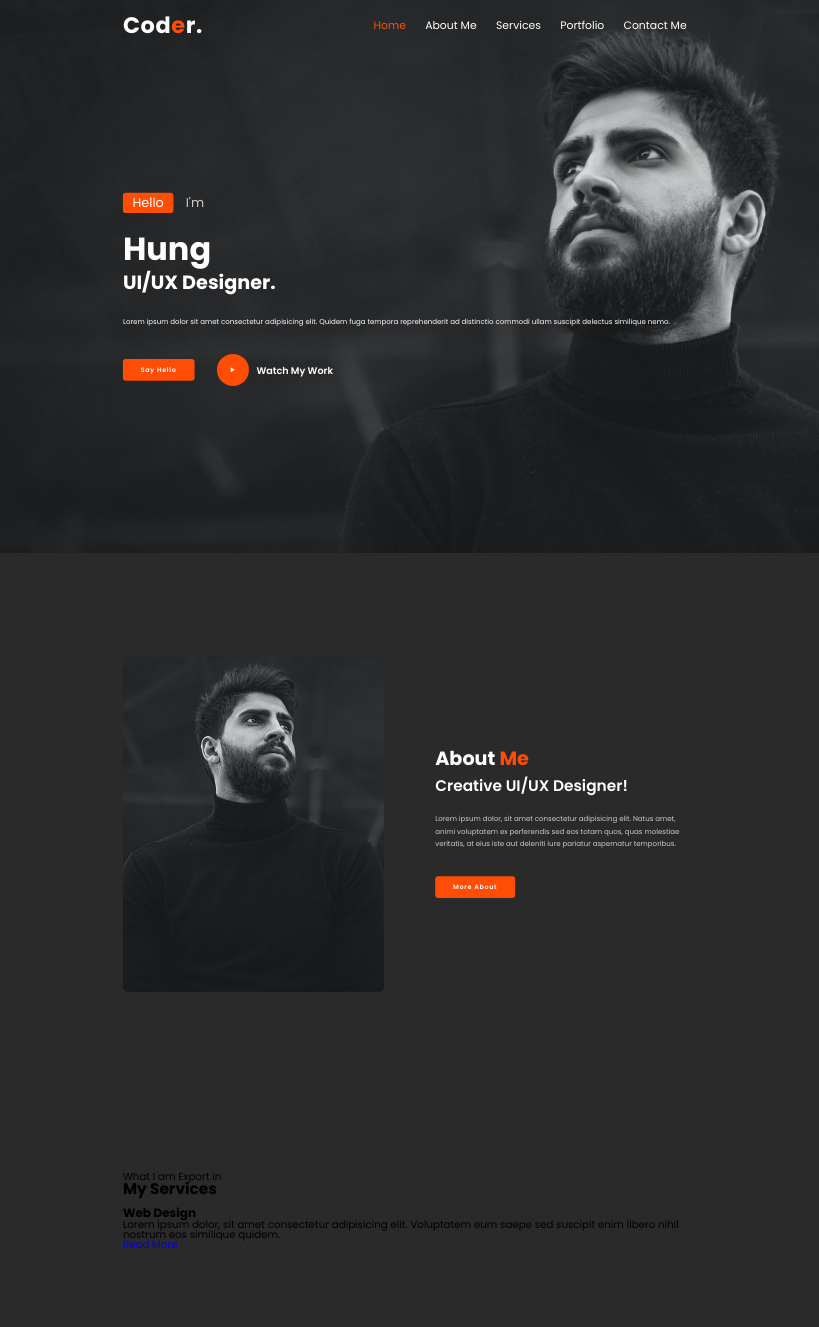
Repository: HungNg99/Protifolio2
Page: Portfolio/index.html
An editor plug-in stored every save of this project. The page is shown before and after the next save, followed by the edit.
The browser window is 1280 px wide. The pictures show the whole page, at 64% of full size.

Above is the page before, as saved 2022-12-11 09:03:59.

### Portfolio/index.html
<!DOCTYPE html>
<html lang="en">

<head>
    <meta charset="UTF-8">
    <meta http-equiv="X-UA-Compatible" content="IE=edge">
    <meta name="viewport" content="width=device-width, initial-scale=1.0">
    <title>Portfolio</title>
    <link rel="stylesheet" href="./reset.css">
    <link rel="stylesheet" href="./style.css">
    <link rel="stylesheet" href="https://cdnjs.cloudflare.com/ajax/libs/font-awesome/6.2.1/css/all.min.css"
        integrity="sha512-MV7K8+y+gLIBoVD59lQIYicR65iaqukzvf/nwasF0nqhPay5w/9lJmVM2hMDcnK1OnMGCdVK+iQrJ7lzPJQd1w=="
        crossorigin="anonymous" referrerpolicy="no-referrer" />

        <link rel="stylesheet"
        href="https://unpkg.com/boxicons@latest/css/boxicons.min.css">

    <link
        href="https://fonts.googleapis.com/css2?family=Montserrat:wght@800&family=Poppins:ital,wght@0,300;0,400;0,600;0,700;1,600&family=Roboto:wght@300;500&display=swap"
        rel="stylesheet">
</head>

<body>
    <!-- header design-->
    <header>
        <a href="#" class="logo">Cod<span>e</span>r.</a>
        <ul class="nav-list">
            <li><a href="#home" class="nav-link active">
                    Home
                </a></li>
            <li><a href="#about" class="nav-link">
                    About Me
                </a></li>
            <li><a href="#services" class="nav-link">
                    Services
                </a></li>
            <li><a href="#portfolio" class="nav-link">
                    Portfolio
                </a></li>
            <li><a href="#contact" class="nav-link">
                    Contact Me
                </a></li>
        </ul>

        <div class="bx bx-menu" id="menu-icon">
        </div>
    </header>

    <!-- home section design -->
    <section class="home" id="home">
       <div class="home-text">
        <div class="slide">
            <span class="one">Hello</span>
            <span class="two">I'm</span>
        </div>
        <h1>Hung</h1>
        <h3>UI/UX <span>Designer.</span> </h3>
        <p>Lorem ipsum dolor sit amet consectetur adipisicing elit. Quidem fuga tempora reprehenderit ad distinctio commodi ullam suscipit delectus similique nemo.</p>
        <div class="button">
            <a href="#" class="btn">Say Hello</a>
            <a href="#" class="btn2"><span><i class='bx bx-play'></i>Watch My Work</span></a>
        </div>
       </div>
    </section>

    <!-- about section design -->
    <section class="about" id="about">
        <div class="about-img">
            <img src="./img/about.jpg" alt="">
        </div>
        <div class="about-text">
            <h2>About <span>Me</span></h2>
            <h4>Creative UI/UX Designer!</h4>
            <p>Lorem ipsum dolor, sit amet consectetur adipisicing elit. Natus amet, animi voluptatem ex perferendis sed eos totam quos, quas molestiae veritatis, at eius iste aut deleniti iure pariatur aspernatur temporibus.</p>
            <a href="#" class="btn">More About</a>
        </div>
    </section>

    <!-- about section design -->
    <section class="services" id="services">
        <div class="main-text">
            <p>What I am Export in</p>
            <h2><span>My</span> Services</h2>
        </div>

        <div class="services-content">
            <div class="box">
                <div class="s-icons">
                    <i class="bx bx-mobie-alt"></i>
                </div>
                <h3>Web Design</h3>
                <p>Lorem ipsum dolor, sit amet consectetur adipisicing elit. Voluptatem eum saepe sed suscipit enim libero nihil nostrum eos similique quidem.</p>
                <a href="#" class="read">Read More</a>
            </div>
        </div>
    </section>
    <script src="./scripts.js"></script>
</body>

</html>

### Portfolio/reset.css
html {
    box-sizing: border-box;
  }
  * {
    margin: 0;
    padding: 0;
  }
  *,
  *:before,
  *:after {
    box-sizing: border-box;
  }
  input,
  textarea,
  select,
  button {
    outline: none;
  }
  input {
    line-height: normal;
  }
  label,
  button {
    cursor: pointer;
  }
  a {
    text-decoration: none;
  }
  img {
    display: block;
    max-width: 100%;
  }
  *,
  *:before,
  *:after {
    box-sizing: border-box;
  }
  /* using rem unit */
  html {
    font-size: 62.5%;
  }
  a {
    text-decoration: none;
  }
  img {
    display: block;
    max-width: 100%;
  }
  body {
    font-family: "Poppins", sans-serif;
    font-size: 16px;
    line-height: 1;
    list-style: none;
    scroll-behavior: smooth;
    /* height: 200vh; */
  }

### Portfolio/style.css
body{
    background-color: var(--bg-color);
}
:root {
    --bg-color: #2a2a2a;
    --second-bg-color: #202020;
    --text-color: #fff;
    --second-color: #ccc;
    --main-color: #ff4d05;
    --big-font: 5rem;
    --h2-font: 3rem;
    --p-font: 1.1rem;
}

header {
    position: fixed;
    width: 100%;
    top: 0;
    right: 0;
    z-index: 1000;
    background: transparent;
    padding: 22px 15%;
    border-bottom: 1px solid transparent;
    transition: all 0.45s ease;
    display: flex;
    justify-content: space-between;
    align-items: center;
}

.logo {
    color: var(--text-color);
    font-size: 35px;
    font-weight: 700;
    letter-spacing: 1px;
}

.logo span {
    color: var(--main-color);
}

.nav-list {
    display: flex;
    list-style: none;
}

.nav-list .nav-link {
    color: var(--text-color);
    margin: 0 15px;
    font-size: 17px;
    font-weight: 500;
    transition: all 0.45s ease;
}

.nav-list .nav-link:hover {
    color: var(--main-color);
}

.nav-list .nav-link.active {
    color: var(--main-color);
}

#menu-icon {
    color: var(--text-color);
    font-size: 35px;
    z-index: 10001;
    cursor: pointer;
    margin-left: 25px;
    display: none;

}

section {
    padding: 160px 15% 120px;
}

.home {
    position: relative;
    background-image: url(./img/background.jpg);
    background-repeat: no-repeat;
    background-position: center;
    background-size: cover;
    height: 120vh;
    width: 100%;
    display: flex;
    align-items: center;
    justify-content: flex-start;
}

.slide {
    margin-bottom: 30px;
}

.one {
    display: inline-block;
    margin-right: 15px;
    height: 32px;
    padding: 0 15px;
    line-height: 32px;
    font-size: 20px;
    font-weight: 500;
    border-radius: 5px;
    background-color: var(--main-color);
    color: var(--text-color);
}

.two {
    display: inline-block;
    color: var(--second-color);
    font-size: 20px;
    font-weight: 500;
}
.home-text h1 {
    font-size: var(--big-font);
    font-weight: 700;
    color: var(--text-color);
    line-height:1.1;
    margin: 0 0 8px;
}
.home-text h3{
    color: var(--text-color);
    margin: 0 0 35px;
    font-size: 3rem;
    font-weight: 700;
    line-height:1.1;
}
.home-text p{
    color: var(--text-color);
    font-size: var(--p-font);
    line-height:1.8;
    margin-bottom: 40px;
}
.button{
    display:flex;
    align-items: center;
    justify-content: flex-start;
}
.btn{
    display: inline-block;
    padding: 12px 28px;
    background: var(--main-color);
    border-radius: 5px;
    color: var(--text-color);
    font-size:1rem;
    letter-spacing: 1px;
    font-weight: 600;
    transition: all 0.45s ease;
}
.btn:hover{
    transform: scale(1.1);
}
.btn2{
    display: inline-flex;
    align-items: center;
    justify-content: center;
    font-size: 15px;
    font-weight:600;
    color: var(--text-color);
    margin-left: 35px;
}
.btn2 span{
    display: inline-flex;
    align-items: center;
    justify-content: center;
}
.btn2 span i{
    margin-right: 12px;
    height: 50px;
    width: 50px;
    border-radius: 50%;
    display: flex;
    align-items: center;
    justify-content: center;
    transition: all 0.45s ease;
    background-color: var(--main-color);
    color: var(--text-color);
}
.btn2 span i:hover{
    transform: scale(1.1);
}
header.sticky{
    background-color: var(--bg-color);
    border-bottom: 1px solid #ffffff1a;
    padding: 12px 15%;
}

.about{
    display: grid;
    grid-template-columns: repeat(2,1fr);
    align-items: center;
    gap: 8rem;
}


.about-img img{
  max-width: 530px;
  height: auto;
  width: 100%;
  border-radius: 8px;
}
.about-text span {
    color: var(--main-color);
}
.about-text h2{
  font-size: var(--h2-font);
  line-height:1;
  color: var(--text-color);
}
.about-text h4{
   font-size: 24px;
   font-weight:600;
   color: var(--text-color);
   line-height:1;
   margin: 15px 0px 30px;
}
.about-text p {
   color: var(--second-color);
   font-size: var(--p-font);
   line-height:1.8;
   margin-bottom: 4rem;
}

Loaded but not shown: Portfolio/scripts.js (no copy from this time; the picture is the same without it)

After the next save:
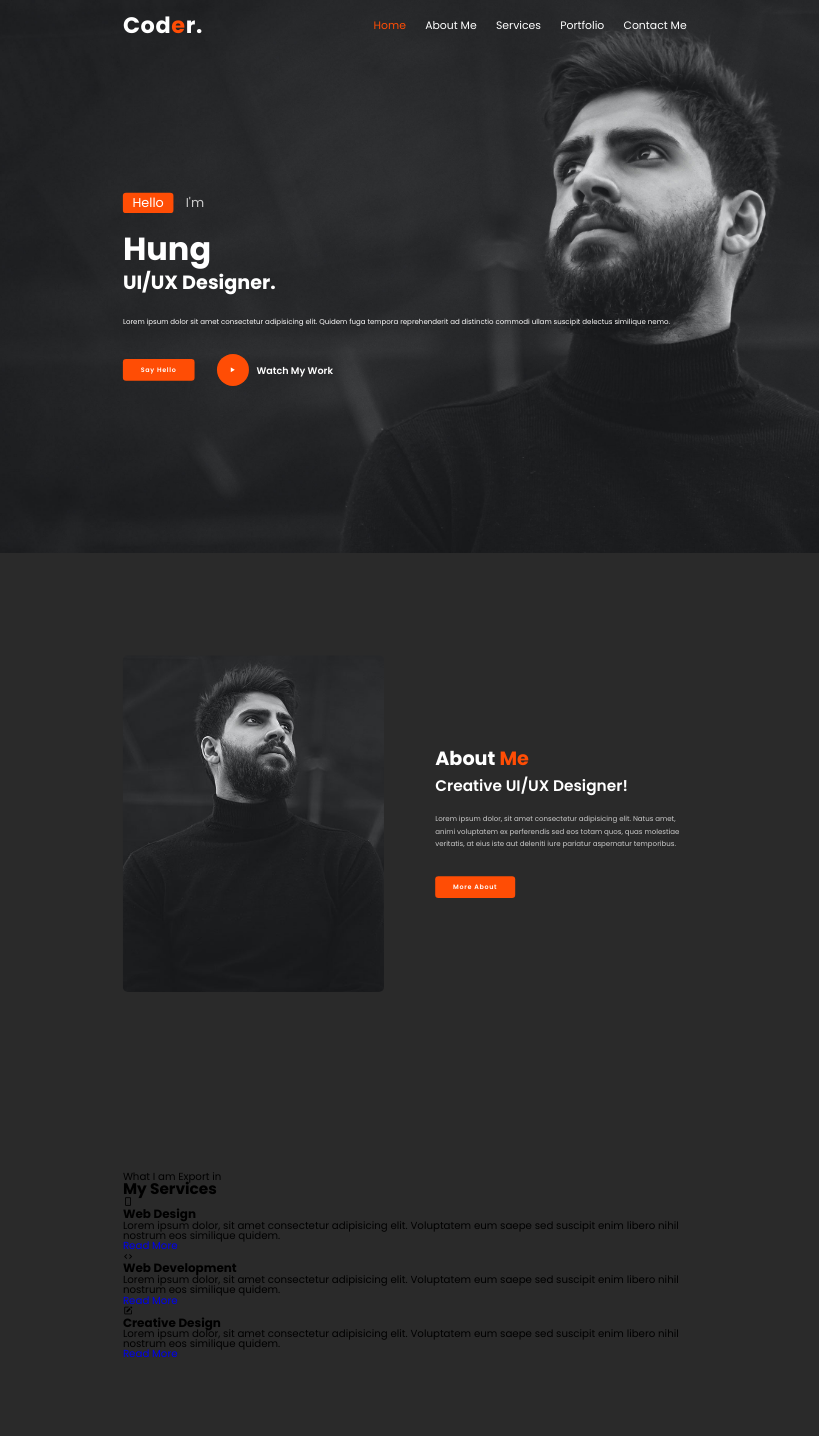
Saved 3 min 3 s later.
--- a/Portfolio/index.html
+++ b/Portfolio/index.html
@@ -86,9 +86,25 @@
         <div class="services-content">
             <div class="box">
                 <div class="s-icons">
-                    <i class="bx bx-mobie-alt"></i>
+                    <i class='bx bx-mobile-alt'></i>
                 </div>
                 <h3>Web Design</h3>
+                <p>Lorem ipsum dolor, sit amet consectetur adipisicing elit. Voluptatem eum saepe sed suscipit enim libero nihil nostrum eos similique quidem.</p>
+                <a href="#" class="read">Read More</a>
+            </div>
+            <div class="box">
+                <div class="s-icons">
+                    <i class='bx bx-code'></i>
+                </div>
+                <h3>Web Development</h3>
+                <p>Lorem ipsum dolor, sit amet consectetur adipisicing elit. Voluptatem eum saepe sed suscipit enim libero nihil nostrum eos similique quidem.</p>
+                <a href="#" class="read">Read More</a>
+            </div>
+            <div class="box">
+                <div class="s-icons">
+                    <i class='bx bxs-edit'></i>
+                </div>
+                <h3>Creative Design</h3>
                 <p>Lorem ipsum dolor, sit amet consectetur adipisicing elit. Voluptatem eum saepe sed suscipit enim libero nihil nostrum eos similique quidem.</p>
                 <a href="#" class="read">Read More</a>
             </div>
